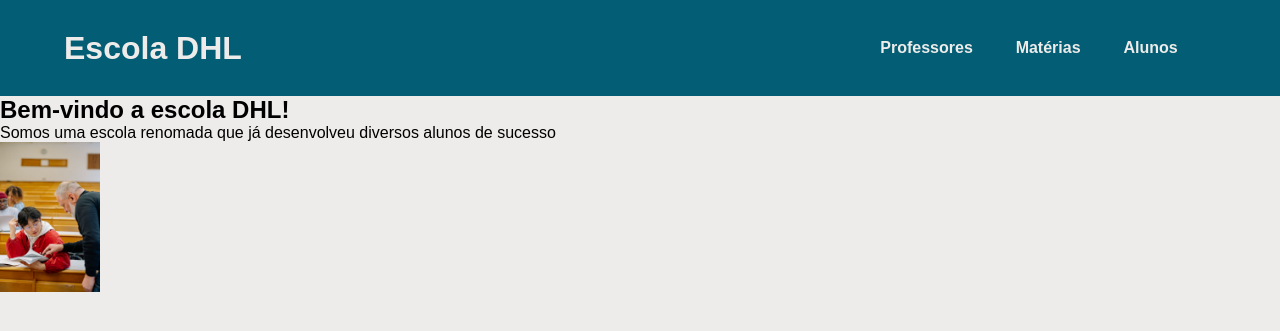
Repository: SirHick/sa-sistema-escola-DHL
Page: front/index.html
These files come from the project's save history. The page is drawn as it stood at one moment and after the next save; the edit follows.
The browser window is 1280 px wide. The pictures show the whole page.

Above is the page before, as saved 2026-07-17 15:32:16.

### front/index.html
<!DOCTYPE html>
<html lang="pt-br">
<head>
    <meta charset="UTF-8">
    <meta name="viewport" content="width=device-width, initial-scale=1.0">
    <title>Escola SA</title>
    <link rel="stylesheet" href="style.css">
</head>
<body>
    <header>

        <h1>Escola DHL</h1>

        <nav>
            <a href="">Professores</a>
            <a href="">Matérias</a>
            <a href="">Alunos</a>
        </nav>
    </header>

    <main class = "hero-section">
        <section class = "main-text-hero-section">
            <h2>Bem-vindo a escola DHL!</h2>

            <p>Somos uma escola renomada que já
                desenvolveu diversos alunos de sucesso</p>
        </section>

        <img src="images/student-and-teacher.jpg" alt="A student receiving help from his teacher">
    </main>


    <script src="script.js"></script>
</body>
</html>

### front/style.css
*{
    margin: 0;
    padding: 0;
    box-sizing: border-box;
    object-fit: cover;
    font-family: 'Nunito', sans-serif;
}

img{
    width: 100px;
}

body{
    background: #EDECEA;
}

header{
    background: #035D74;
    width: 100vw;
    height: 6rem;
    max-height: 8rem;
    display: grid;
    grid-template-columns: 1fr 1fr;
    align-items: center;
    padding-left: 5vw;
    padding-right: 5vw;
}

header h1{
    color: #EDECEA;
}

header nav{
    justify-self: end;

}

header nav a{
    text-decoration: none;
    color: #EDECEA;
    font-weight: 700;
    margin-right: 3vw;
}

.hero-section{
    align-self: center;
}

Loaded but not shown: front/script.js (no stored copy; drawn as an empty file)

After the next save:
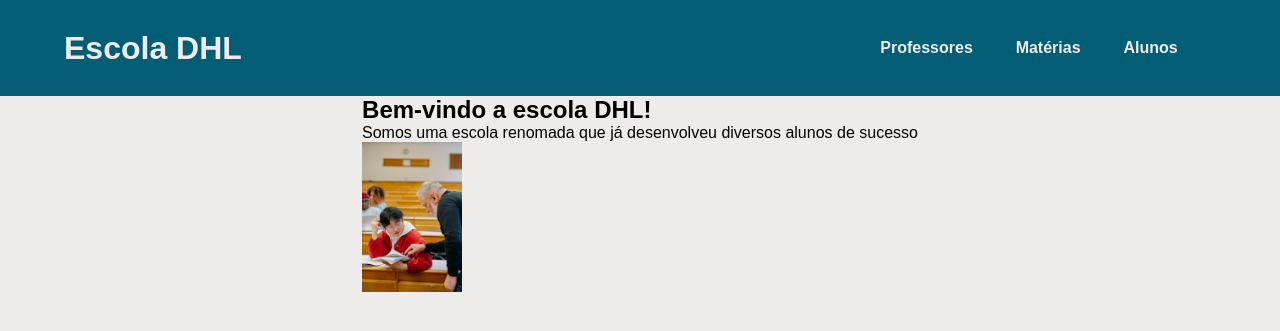
Saved 4 s later.
--- a/front/style.css
+++ b/front/style.css
@@ -44,4 +44,5 @@ header nav a{
 
 .hero-section{
     align-self: center;
+    justify-self: center;
 }
